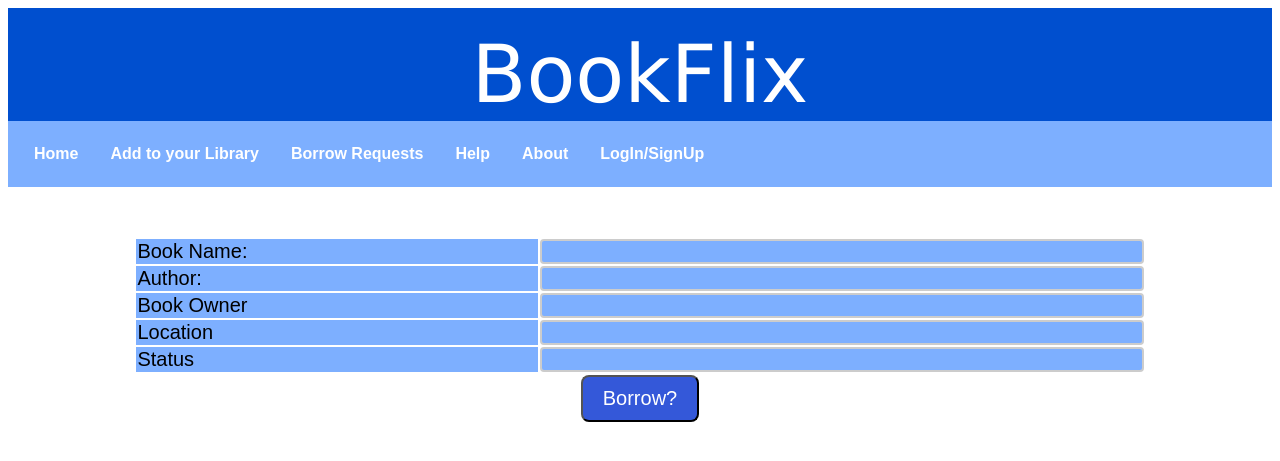
Repository: dan-10/Deloitte
Page: http://localhost/BookFlix/WEB-INF/views/status.jsp
The author's editor kept a copy of each file at every save. The page is drawn from the files as they stood at one save, then again after the next save.
The browser window is 1280 px wide. The pictures show the whole page.
The page is served by Tomcat 9. Nobody is signed in. The template is opened directly, without the code that normally fills it, so the values that code supplies are empty.

Above is the page before, as saved 2019-08-09 04:50:22.

After the next save:
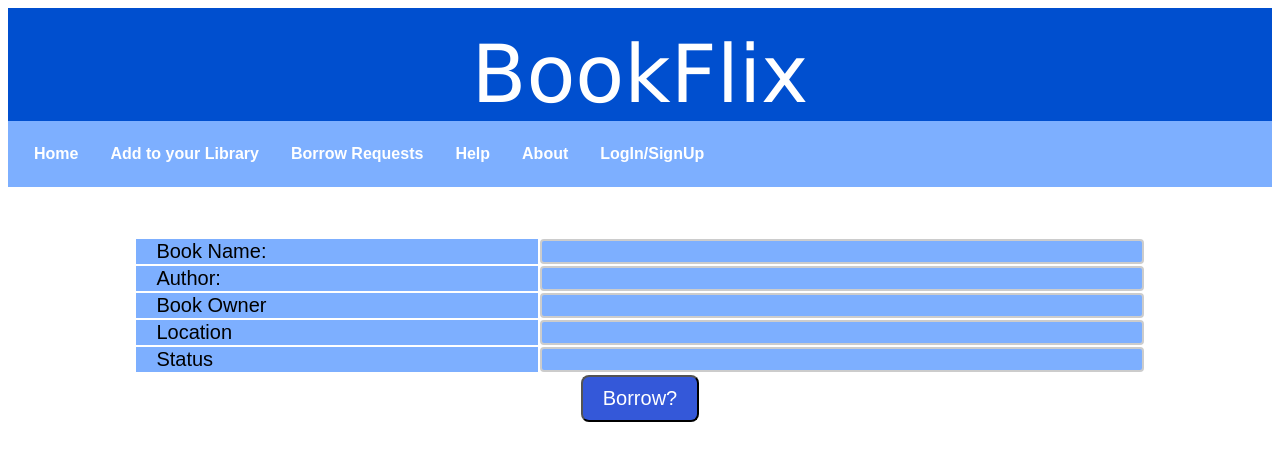
Saved 23 s later.
--- a/DeloitteTrainig/Final Project BookFlix/BookFlix/src/main/webapp/WEB-INF/views/status.jsp
+++ b/DeloitteTrainig/Final Project BookFlix/BookFlix/src/main/webapp/WEB-INF/views/status.jsp
@@ -41,6 +41,7 @@
 .td1{
 	background-color: #7dafff;
 	width: 20%;
+	padding-left:20px;
 }
 
 .td {
